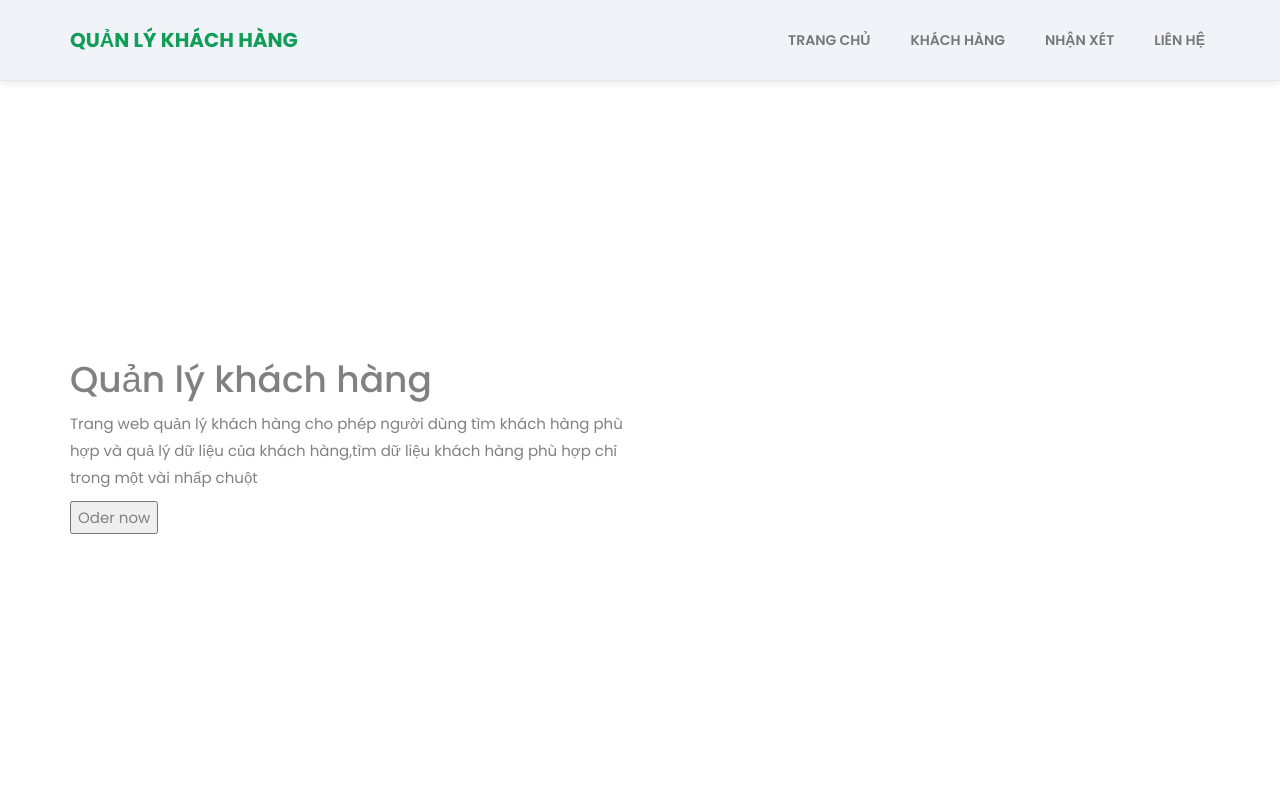
Repository: huutien1904/bt2-ltw
Page: index.html
An editor plug-in stored every save of this project. The page is shown before and after the next save, followed by the edit.
The browser window is 1280 px wide. The pictures show the whole page.

Above is the page before, as saved 2021-11-04 00:21:39.

### index.html
<!DOCTYPE html>
<html lang="en">
<head>
    <meta charset="UTF-8">
    <meta http-equiv="X-UA-Compatible" content="IE=edge">
    <meta name="viewport" content="width=device-width, initial-scale=1.0">
    <title>Quản Lý Khách Hàng</title>
    <link rel="stylesheet" href="https://maxcdn.bootstrapcdn.com/bootstrap/3.4.1/css/bootstrap.min.css">
    <link href="https://fonts.googleapis.com/css?family=Montserrat" rel="stylesheet" type="text/css">
    <link href="https://fonts.googleapis.com/css?family=Lato" rel="stylesheet" type="text/css">
    <!-- style -->
    <link rel="stylesheet" href="./style.css">
    <!-- font Poppins -->
    <link rel="preconnect" href="https://fonts.googleapis.com">
    <link rel="preconnect" href="https://fonts.gstatic.com" crossorigin>
    <link href="https://fonts.googleapis.com/css2?family=Poppins:wght@100;200;300;400;500;600;700;800;900&display=swap" rel="stylesheet">
    <!-- javacript boostrap -->
    <script src="https://ajax.googleapis.com/ajax/libs/jquery/3.5.1/jquery.min.js"></script>
    <script src="https://maxcdn.bootstrapcdn.com/bootstrap/3.4.1/js/bootstrap.min.js"></script>
</head>
<body>
  <!-- navbar -->
    <nav class="navbar navbar-default navbar-fixed-top">
        <div class="container">
          <div class="navbar-header">
            <button type="button" class="navbar-toggle" data-toggle="collapse" data-target="#myNavbar">
              <span class="icon-bar"></span>
              <span class="icon-bar"></span>
              <span class="icon-bar"></span>
            </button>
            <a class="navbar-brand" href="#myPage">QUẢN LÝ KHÁCH HÀNG</a>
          </div>
          <div class="collapse navbar-collapse" id="myNavbar">
            <ul class="nav navbar-nav navbar-right">
              <li class="active_nav"><a href="#home">TRANG CHỦ</a></li>
              <li ><a href="#customer">KHÁCH HÀNG</a></li>
              <li><a href="#comment">NHẬN XÉT</a></li>
              <li><a href="#contact">LIÊN HỆ</a></li>
            </ul>
          </div>
        </div>
    </nav>
  <!-- end navbar -->
  <!-- trang chủ -->
  <section
    id="home"
    >
    <div class="container">
      <div class="row">
        <div class="col-md-6 col-xs-12 ">
          <div class="slogan">
            <h1 class="">Quản lý khách hàng</h1>
            <p class="">
              Trang web quản lý khách hàng cho phép người dùng tìm khách hàng phù hợp và quả lý dữ liệu của khách hàng,tìm dữ liệu khách hàng phù hợp chỉ trong một vài nhấp chuột
            </p>
            <div class="left-to-right play-on-scroll delay-4">
              <button>Oder now</button>
            </div>
          </div>
        </div>
      </div>
    </div>
  </section>
  <!-- end trang chủ -->

  <!-- khách hàng -->
  <section id="customer">

  </section>
  <!-- end khách hàng -->
  <!--  Nhận xét-->
  <section id="comment">

  </section>
  <!-- liên hệ -->
  <section id="contact">

  </section>
</body>
</html>

### style.css
*{
  font-family: 'Poppins', sans-serif;
}

:root {
  --primary-color: #0f9d58;
  --backgound-color: #f0f3f7;
  --secon-color: #9da2ad;
  --grey: #7a7a7a;
  --white: #ffffff;
}
body {
  font: 400 15px Lato, sans-serif;
  line-height: 1.8;
  color: #818181;
}
.navbar-default{
  padding: 15px;
  background-color: var(--backgound-color);
  box-shadow: 0 2px 8px rgb(0 0 0 / 10%);
}
.navbar-brand{
  font-weight: 700;
  font-size: 20px;
  color: var(--primary-color) !important;

}
.navbar-right li{
  font-size: 14px;
  font-weight: 600;
  margin: 0 5px;
  /* padding:5px; */
}
.navbar-right li:hover{
  background-color: var(--primary-color);
  border-radius: 15px;
  color: white !important;
}
#home{
  margin-top: 77px;
  height: 100vh;
  display: flex;
  justify-content: center;
  align-items: center;
}
/* .active_nav{
  background-color: var(--primary-color);
  border-radius: 15px;
} */

After the next save:
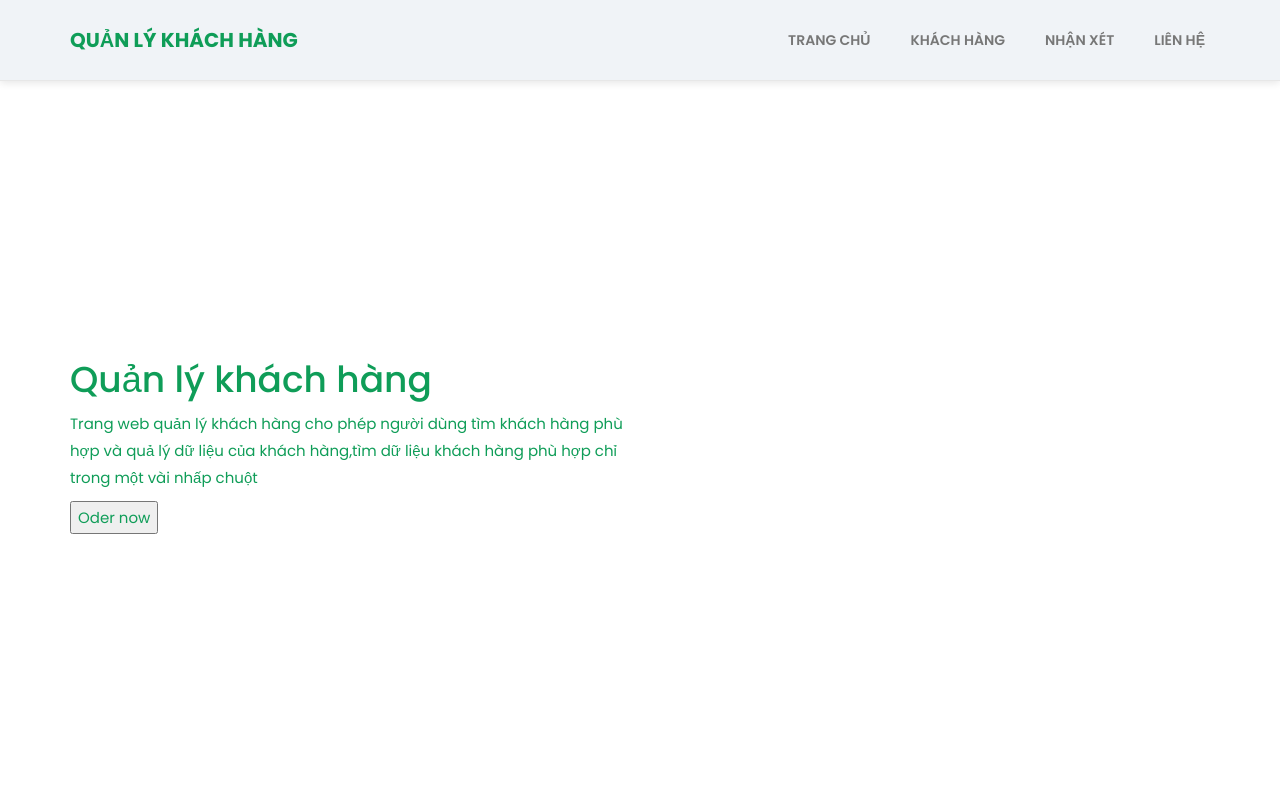
Saved 30 s later.
--- a/style.css
+++ b/style.css
@@ -43,6 +43,9 @@ body {
   justify-content: center;
   align-items: center;
 }
+.slogan{
+  color: var(--primary-color);
+}
 /* .active_nav{
   background-color: var(--primary-color);
   border-radius: 15px;
